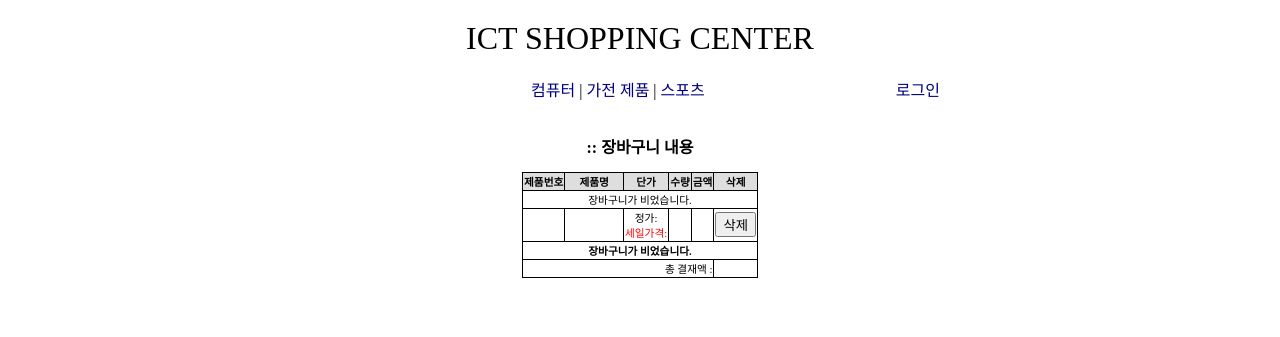
Repository: xlz5000/ICT
Page: http://localhost/spring_mvc02/WEB-INF/views/day08/cartList.jsp
These files come from the project's save history. The page is drawn as it stood at one moment and after the next save; the edit follows.
The browser window is 1280 px wide. The pictures show the whole page.
The page is served by Tomcat 9. Nobody is signed in. The template is opened directly, without the code that normally fills it, so the values that code supplies are empty.

Above is the page before, as saved 2025-04-17 03:15:42.

After the next save:
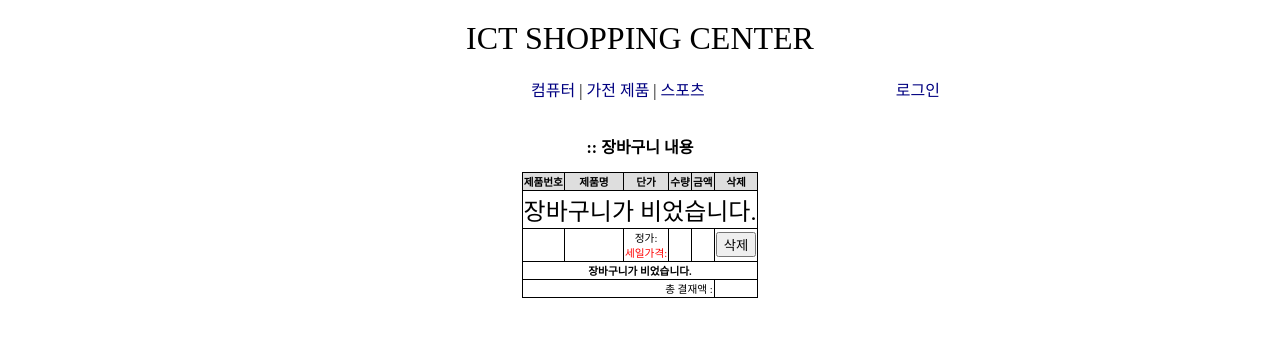
Saved 11 s later.
--- a/spring_mvc02/src/main/webapp/WEB-INF/views/day08/cartList.jsp
+++ b/spring_mvc02/src/main/webapp/WEB-INF/views/day08/cartList.jsp
@@ -40,7 +40,7 @@ table, th, td {
 		<tbody>
 			<c:choose>
 				<c:when test="${empty cart_list}">
-					<tr><td colspan="6"><span>장바구니가 비었습니다.</span></td></tr>
+					<tr><td colspan="6"><span style="font-size: 24px;">장바구니가 비었습니다.</span></td></tr>
 				</c:when>
 				<c:otherwise>
 
